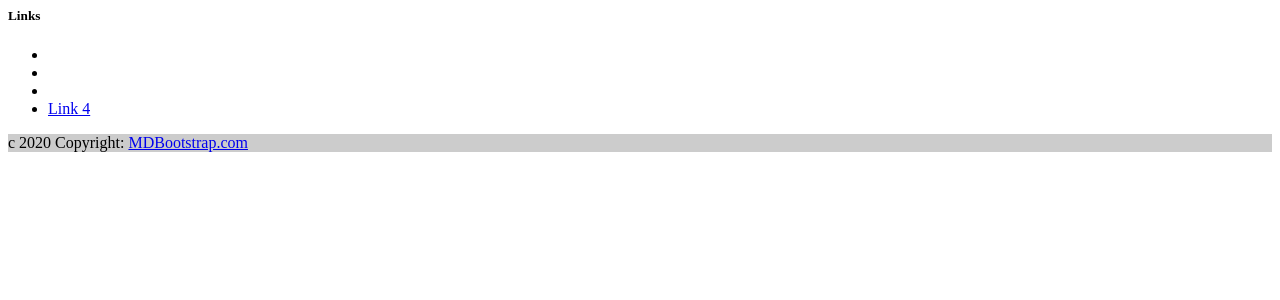
Repository: LucasV26/Projeto_TFT_3
Page: TFTbuilder/WebContent/Views/foot.html
The author's editor kept a copy of each file at every save. The page is drawn from the files as they stood at one save, then again after the next save.
The browser window is 1280 px wide. The pictures show the whole page.

Above is the page before, as saved 2021-01-24 04:52:10.

After the next save:
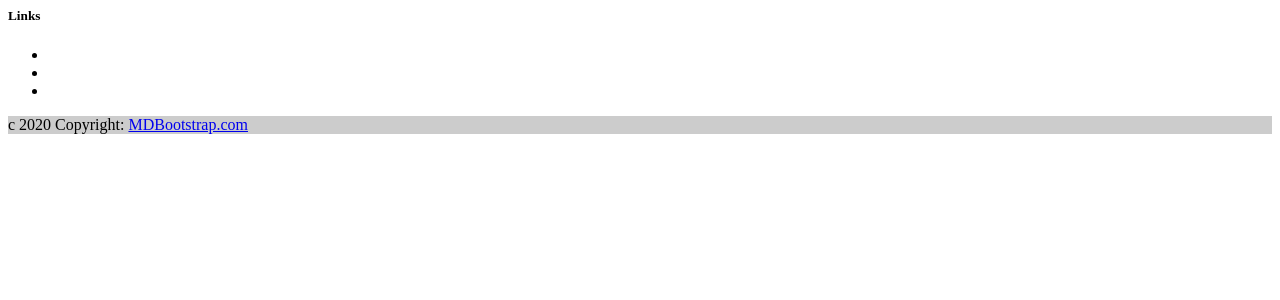
Saved 6 s later.
--- a/TFTbuilder/WebContent/Views/foot.html
+++ b/TFTbuilder/WebContent/Views/foot.html
@@ -25,9 +25,6 @@
 					  ><i class="fab fa-github"></i
 					></a>
 		          </li>
-		          <li>
-		            <a href="#!" class="text-dark">Link 4</a>
-		          </li>
 		        </ul>
 		      </div>
 		      <!--Grid column-->
